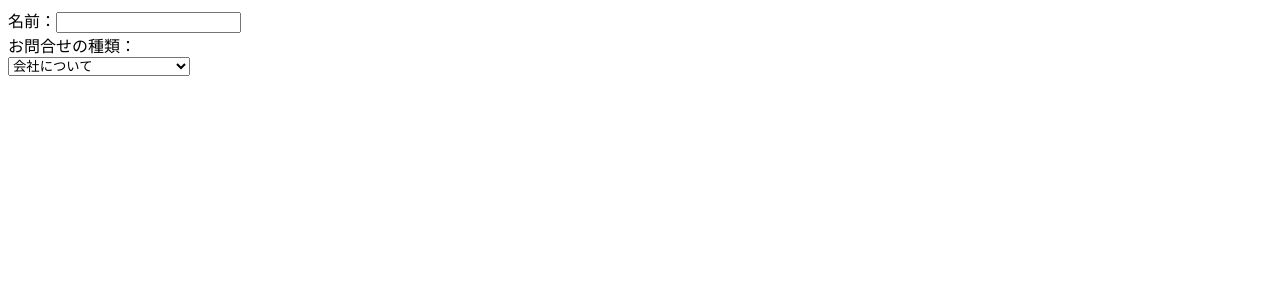
Repository: MurayamaMura/WebProj
Page: http://localhost/WebProj3/inquiry.jsp
These files come from the project's save history. The page is drawn as it stood at one moment and after the next save; the edit follows.
The browser window is 1280 px wide. The pictures show the whole page.
The page is served by Tomcat 9.

Above is the page before, as saved 2018-06-04 11:28:06.

After the next save:
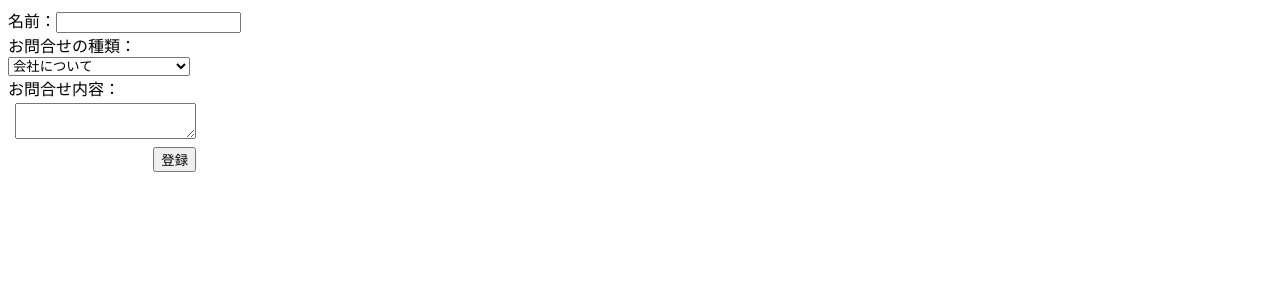
Saved 76 s later.
--- a/WebProj3/WebContent/inquiry.jsp
+++ b/WebProj3/WebContent/inquiry.jsp
@@ -17,6 +17,11 @@
 		<option value="product">製品について</option>
 		<option value="support">アフターサポートについて</option>
 	</select>
+	<br>
+	お問合せ内容：
+	<s:textarea name="body"/>
+	<br>
+	<s:submit value="登録"/>
 	</s:form>
 </body>
 </html>
